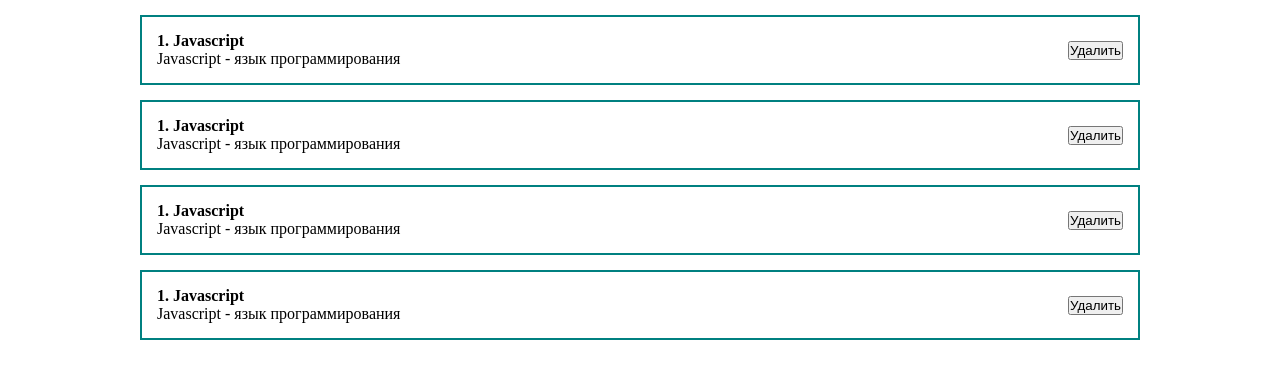
Repository: otvertka/ulb
Page: /
An editor plug-in stored every save of this project. The page is shown before and after the next save, followed by the edit.
The browser window is 1280 px wide. The pictures show the whole page.
The project was rebuilt for these pictures with package versions that can differ from the ones it lists, and the page was loaded fresh each time. Also part of the build but not shown: src/components/Counter.jsx, src/components/ClassCounter.jsx.

Above is the page before, as saved 2023-06-10 11:58:44.

After the next save:
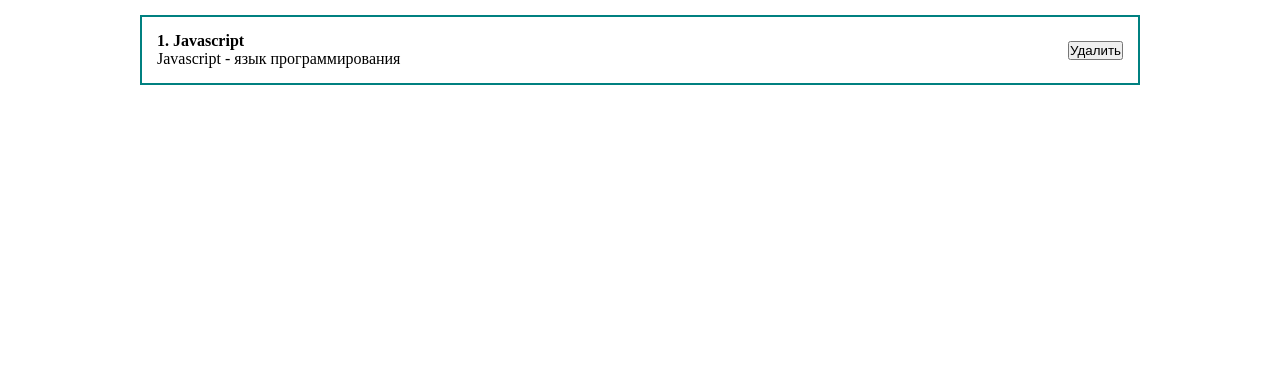
Saved 39 s later.
--- a/src/App.js
+++ b/src/App.js
@@ -11,9 +11,6 @@ function App() {
   return (
     <div className="App">
       <PostItem />
-      <PostItem />
-      <PostItem />
-      <PostItem />
     </div>
   );
 }
